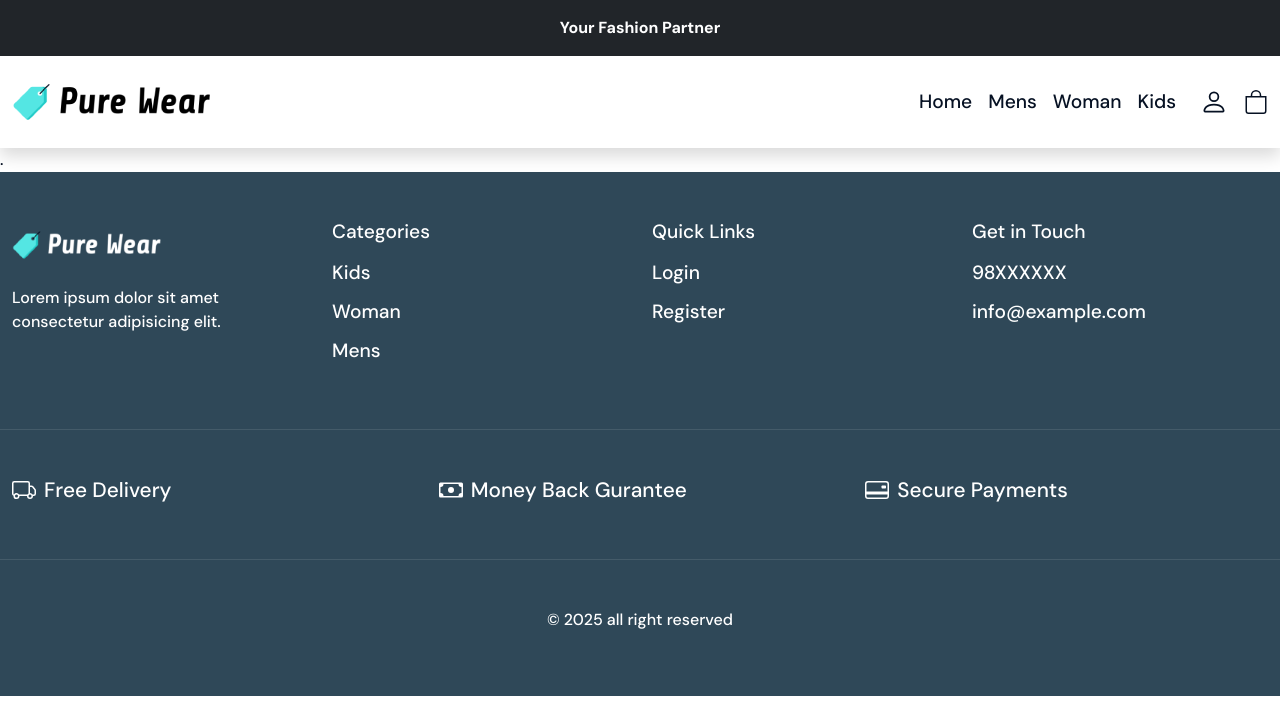
Repository: rajendratamang/react_ecommerce
Page: /cart
These files come from the project's save history. The page is drawn as it stood at one moment and after a run of saves; the edit follows.
The browser window is 1280 px wide. The pictures show the whole page.
The project was rebuilt for these pictures with package versions that can differ from the ones it lists, and the page was loaded fresh each time. Also part of the build but not shown: vite.config.js, src/components/common/LatestProduct.jsx, src/components/common/FeaturedProducts.jsx, src/components/Home.jsx, src/components/Shop.jsx, src/components/Product.jsx.

Above is the page before, as saved 2025-11-05 16:14:55.

### index.html
<!doctype html>
<html lang="en">
  <head>
    <meta charset="UTF-8" />
    <link rel="icon" type="image/svg+xml" href="/vite.svg" />
    <meta name="viewport" content="width=device-width, initial-scale=1.0" />
    <title>react-ecommerce-frontend</title>
  </head>
  <body>
    <div id="root"></div>
    <script type="module" src="/src/main.jsx"></script>
  </body>
</html>

### src/main.jsx
import { StrictMode } from 'react'
import { createRoot } from 'react-dom/client'
import App from './App.jsx'
//import react bootstrap
import 'bootstrap/dist/css/bootstrap.min.css';
// import fonts
import './assets/css/style.scss';

createRoot(document.getElementById('root')).render(
  <StrictMode>
    <App />
  </StrictMode>,
)

### src/App.jsx
import { BrowserRouter, Route, Routes } from 'react-router-dom';
import Home from './components/Home';
import Shop from './components/Shop';
import Product from './components/Product';
import Cart from './components/Cart';

function App() {
  return (
    <BrowserRouter>
      <Routes>
        <Route path="/" element={<Home />} />
        <Route path="/shop" element={<Shop />} />
        <Route path="/product" element={<Product />} />
        <Route path="/cart" element={<Cart />} />
      </Routes>
    </BrowserRouter>
  );
}

export default App;

### src/assets/css/style.scss
@import url('https://fonts.googleapis.com/css2?family=DM+Sans:ital,opsz,wght@0,9..40,100..1000;1,9..40,100..1000&display=swap');

$primary-font: "DM Sans", sans-serif;
$primary-white: #FFF;
$primary-color: #43c3D1;
$primary-black: #061123;
$secondary-color: #0284FF;
$tertiary-color: #2F4858;



body {
    font-family: $primary-font;
    font-size: 1em;
    color: $primary-black;
    font-weight: 500;
}

h1 {
    font-size: 2.5em;
}

h2 {
    font-size: 2em;
}

h3 {
    font-size: 1.3em;
}

h4 {
    font-size: 1em;
}

a {
    text-decoration: none;
    color: $primary-black;

    &::hover {
        color: $primary-color;
    }
}

.primary-text {
    color: $primary-color ;
}

.secondary-text {
    color: $secondary-color ;
}


ul {
    padding-left: 0;

    li {
        list-style: none;
    }
}

.container {
    max-width: 1440px;
}

.nav-tabs {
    .nav-link {
        color: $primary-black;
    }
}

.btn {
    &.btn-size {
        background-color: rgba($primary-black, 0.03);
        border-color: rgba($primary-black, 0.05);
        padding: 7px 15px;

        &.active {
            border-color: rgba($primary-black, 0.20);
            ;
        }

        &:hover {
            border-color: rgba($primary-black, 0.20);
            ;
            color: $primary-black;
        }
    }

    &.btn-primary {
        background-color: $primary-color;
        border-color: $primary-color;
        padding: 7px 25px;

        &:hover {
            background-color: $primary-black;
            border-color: $primary-black;
            color: $primary-white;
        }
    }

    &.btn-secondary {
        background-color: $primary-black;
        border-color: $primary-black;
        color: $primary-white;
        padding: 7px 25px;

        &:hover {
            background-color: $primary-color;
            border-color: $primary-color;
            color: $primary-white;
        }
    }
}

header {
    .navbar-expand-lg {
        .navbar-nav {
            .nav-link {
                padding: 10 px 15 px;
                font-size: 1.2em;
                font-weight: 500;
                color: $primary-black;
            }
        }
    }
}

footer {
    background-color: $tertiary-color;

    h2 {
        font-size: 1.2em;
    }

    ul {
        li {
            margin-top: 10px;

            a {
                font-size: 1.2em;
                color: $primary-white;
            }
        }
    }

    .spotlight {
        border-top: 1px solid rgba($primary-white, 0.10);
        border-bottom: 1px solid rgba($primary-white, 0.10);
    }

}

.section-1 {
    .swiper {
        .swiper-slide {
            height: 650px;

            .content {
                height: 100%;
                width: 100%;
                background-repeat: no-repeat;
                background-size: cover;
            }
        }
    }
}


.product {


    .card-img {
        overflow: hidden;
        border-radius: 10px;


        img {
            border-radius: 10px;
            transition: all 0.3s ease-out;
        }

    }

    &:hover {
        img {
            scale: 1.2;
        }
    }

    .card-body {
        padding: 0;

        a {
            font-size: 1.2 em;

            &:hover {
                color: $primary-color;
            }

        }

        .price {
            font-size: 1.2 em;

            span {
                color: rgba($primary-black, 0.5);
            }
        }
    }

    .product-detail {
        .mySwiper {
            .swiper-slide {
                height: auto !important;
            }
        }

        .price {
            font-weight: bold;

            span {
                color: rgba($primary-black, 0.50);
            }

        }
    }
}

### src/components/Cart.jsx
import React from 'react'
import Layout from './common/Layout'

const Cart = () => {
  return (
   <Layout>
   .
   </Layout>
  )
}

export default Cart

### src/components/common/Layout.jsx
import React from 'react'
import Header from './Header'
import Footer from './Footer'

const Layout = ({ children }) => {
    return (
        <>
            <Header />
            {children}
            <Footer />

        </>
    )
}

export default Layout

### src/components/common/Header.jsx
import React from 'react'
import Nav from 'react-bootstrap/Nav';
import Navbar from 'react-bootstrap/Navbar';
import logo from '../../assets/images/logo.png'
import { Link } from 'react-router-dom';
const Header = () => {
    return (
        <header className='shadow'>
            <div className="bg-dark text-center py-3">
                <span className='text-white fw-bold'>
                    Your Fashion Partner
                </span>
            </div>
            {/* navbar */}
            <div className="container">
                <Navbar expand="lg" className="" width={170}>
                    <Navbar.Brand href="/">
                        {/* logo */}
                        <img src={logo} alt="" />
                    </Navbar.Brand>
                    <Navbar.Toggle aria-controls="navbarScroll" />
                    <Navbar.Collapse id="navbarScroll">
                        <Nav
                            className="ms-auto my-2 my-lg-0"
                            navbarScroll
                        >
                            <Nav.Link href="#action1">Home</Nav.Link>
                            <Nav.Link href="#action2">Mens</Nav.Link>
                            <Nav.Link href="#action2">Woman</Nav.Link>
                            <Nav.Link href="#action2">Kids</Nav.Link>
                        </Nav>
                        <div className="nav-right d-flex">
                            <a href="" className='ms-3'>
                                <svg xmlns="http://www.w3.org/2000/svg" width="28" height="28" fill="currentColor" className="bi bi-person" viewBox="0 0 16 16"><path d="M8 8a3 3 0 1 0 0-6 3 3 0 0 0 0 6m2-3a2 2 0 1 1-4 0 2 2 0 0 1 4 0m4 8c0 1-1 1-1 1H3s-1 0-1-1 1-4 6-4 6 3 6 4m-1-.004c-.001-.246-.154-.986-.832-1.664C11.516 10.68 10.289 10 8 10s-3.516.68-4.168 1.332c-.678.678-.83 1.418-.832 1.664z"></path></svg>
                            </a>
                            <Link to="/cart" className='ms-3'>
                                <svg xmlns="http://www.w3.org/2000/svg" width="24" height="28" fill="currentColor" className="bi bi-bag" viewBox="0 0 16 16"><path d="M8 1a2.5 2.5 0 0 1 2.5 2.5V4h-5v-.5A2.5 2.5 0 0 1 8 1m3.5 3v-.5a3.5 3.5 0 1 0-7 0V4H1v10a2 2 0 0 0 2 2h10a2 2 0 0 0 2-2V4zM2 5h12v9a1 1 0 0 1-1 1H3a1 1 0 0 1-1-1z"></path></svg>
                            </Link>
                        </div>
                        {/* <Form className="d-flex">
                <Form.Control
                  type="search"
                  placeholder="Search"
                  className="me-2"
                  aria-label="Search"
                />
                <Button variant="outline-success">Search</Button>
              </Form> */}
                    </Navbar.Collapse>
                </Navbar>
            </div>

        </header>

    )
}

export default Header

### src/components/common/Footer.jsx
import React from 'react'
import logoBlack from '../../assets/images/logo-white.png'
const Footer = () => {
    return (
        <footer className='py-5 text-white'>
            <div className="container">
                <div className="row mb-5">
                    <div className="col-md-3">
                        <img src={logoBlack} alt="" width={150} />
                        <div className='pt-3 pe-5'>Lorem ipsum dolor sit amet consectetur adipisicing elit.</div>
                    </div>
                    <div className="col-md-3">
                        <h2 className='mb-3'>Categories</h2>
                        <ul>
                            <li><a href="">Kids</a></li>
                            <li><a href="">Woman</a></li>
                            <li><a href="">Mens</a></li>
                        </ul>
                    </div>
                    <div className="col-md-3">
                        <h2 className='mb-3'>Quick Links</h2>
                        <ul>
                            <li><a href="">Login</a></li>
                            <li><a href="">Register</a></li>
                        </ul>
                    </div>
                    <div className="col-md-3">
                        <h2 className='mb-3'>Get in Touch</h2>
                        <ul>
                            <li><a href="">98XXXXXX</a></li>
                            <li><a href="">info@example.com</a></li>
                        </ul>
                    </div>
                </div>


                <div className="row spotlight py-5">
                    <div className="col-md-4">
                        <div className="d-flex ustify-content-center">
                            <svg xmlns="http://www.w3.org/2000/svg" width="24" height="24" fill="currentColor" class="bi bi-truck" viewBox="0 0 16 16"><path d="M0 3.5A1.5 1.5 0 0 1 1.5 2h9A1.5 1.5 0 0 1 12 3.5V5h1.02a1.5 1.5 0 0 1 1.17.563l1.481 1.85a1.5 1.5 0 0 1 .329.938V10.5a1.5 1.5 0 0 1-1.5 1.5H14a2 2 0 1 1-4 0H5a2 2 0 1 1-3.998-.085A1.5 1.5 0 0 1 0 10.5zm1.294 7.456A2 2 0 0 1 4.732 11h5.536a2 2 0 0 1 .732-.732V3.5a.5.5 0 0 0-.5-.5h-9a.5.5 0 0 0-.5.5v7a.5.5 0 0 0 .294.456M12 10a2 2 0 0 1 1.732 1h.768a.5.5 0 0 0 .5-.5V8.35a.5.5 0 0 0-.11-.312l-1.48-1.85A.5.5 0 0 0 13.02 6H12zm-9 1a1 1 0 1 0 0 2 1 1 0 0 0 0-2m9 0a1 1 0 1 0 0 2 1 1 0 0 0 0-2"></path></svg>

                            <h3 className='ps-2'>Free Delivery</h3>
                        </div>
                    </div>
                    <div className="col-md-4">
                        <div className="d-flex ustify-content-center">
                            <svg xmlns="http://www.w3.org/2000/svg" width="24" height="24" fill="currentColor" class="bi bi-cash" viewBox="0 0 16 16"><path d="M8 10a2 2 0 1 0 0-4 2 2 0 0 0 0 4"></path><path d="M0 4a1 1 0 0 1 1-1h14a1 1 0 0 1 1 1v8a1 1 0 0 1-1 1H1a1 1 0 0 1-1-1zm3 0a2 2 0 0 1-2 2v4a2 2 0 0 1 2 2h10a2 2 0 0 1 2-2V6a2 2 0 0 1-2-2z"></path></svg>

                            <h3 className='ps-2'>Money Back Gurantee</h3>
                        </div>
                    </div>
                    <div className="col-md-4">
                        <div className="d-flex ustify-content-center">
                            <svg xmlns="http://www.w3.org/2000/svg" width="24" height="24" fill="currentColor" class="bi bi-credit-card-2-back" viewBox="0 0 16 16"><path d="M11 5.5a.5.5 0 0 1 .5-.5h2a.5.5 0 0 1 .5.5v1a.5.5 0 0 1-.5.5h-2a.5.5 0 0 1-.5-.5z"></path><path d="M2 2a2 2 0 0 0-2 2v8a2 2 0 0 0 2 2h12a2 2 0 0 0 2-2V4a2 2 0 0 0-2-2zm13 2v5H1V4a1 1 0 0 1 1-1h12a1 1 0 0 1 1 1m-1 9H2a1 1 0 0 1-1-1v-1h14v1a1 1 0 0 1-1 1"></path></svg>

                            <h3 className='ps-2'>Secure Payments</h3>
                        </div>
                    </div>
                </div>

                <div className="row">
                    <div className="col-md-12 text-center pt-5">
                        <p>&copy; 2025 all right reserved</p>
                    </div>
                </div>
            </div>
        </footer>
    )
}

export default Footer

After the next 3 saves:
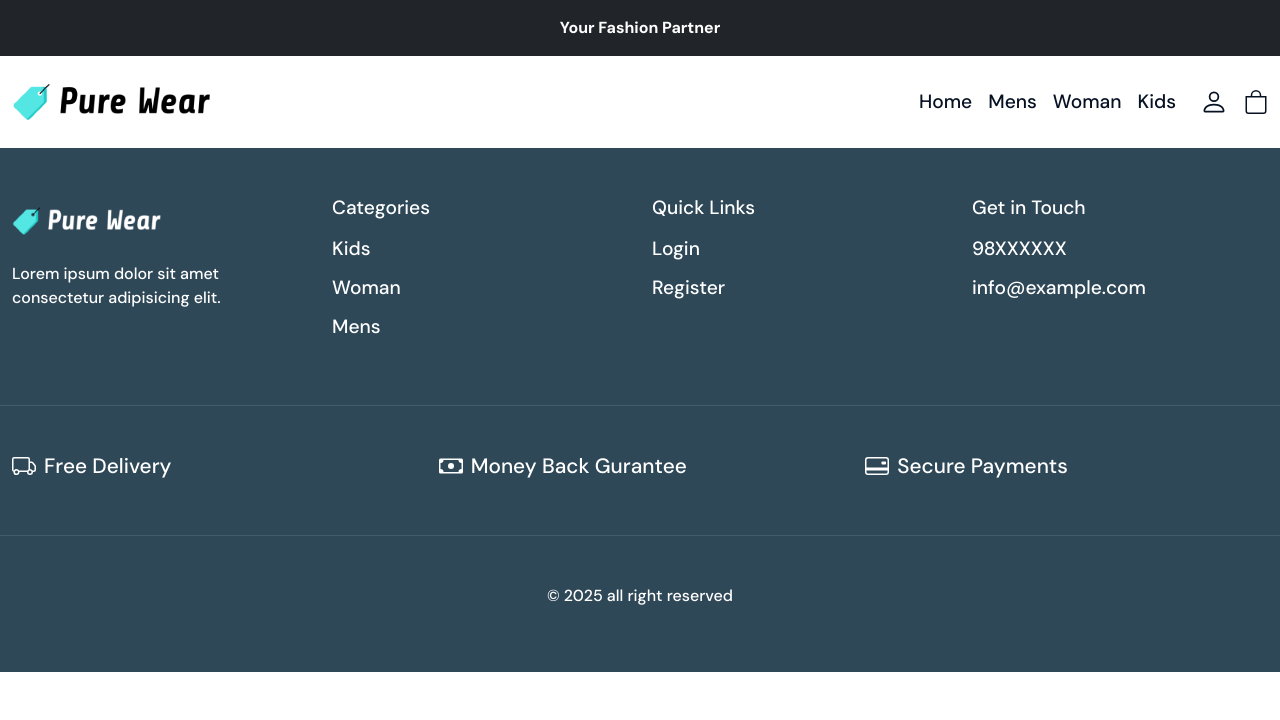
The 3 saves are shown as one change because they came seconds apart.
The last was saved 15 s later.
--- a/src/components/Cart.jsx
+++ b/src/components/Cart.jsx
@@ -4,7 +4,11 @@ import Layout from './common/Layout'
 const Cart = () => {
   return (
    <Layout>
-   .
+   <div className="container">
+    <div className="row">
+
+    </div>
+   </div>
    </Layout>
   )
 }
